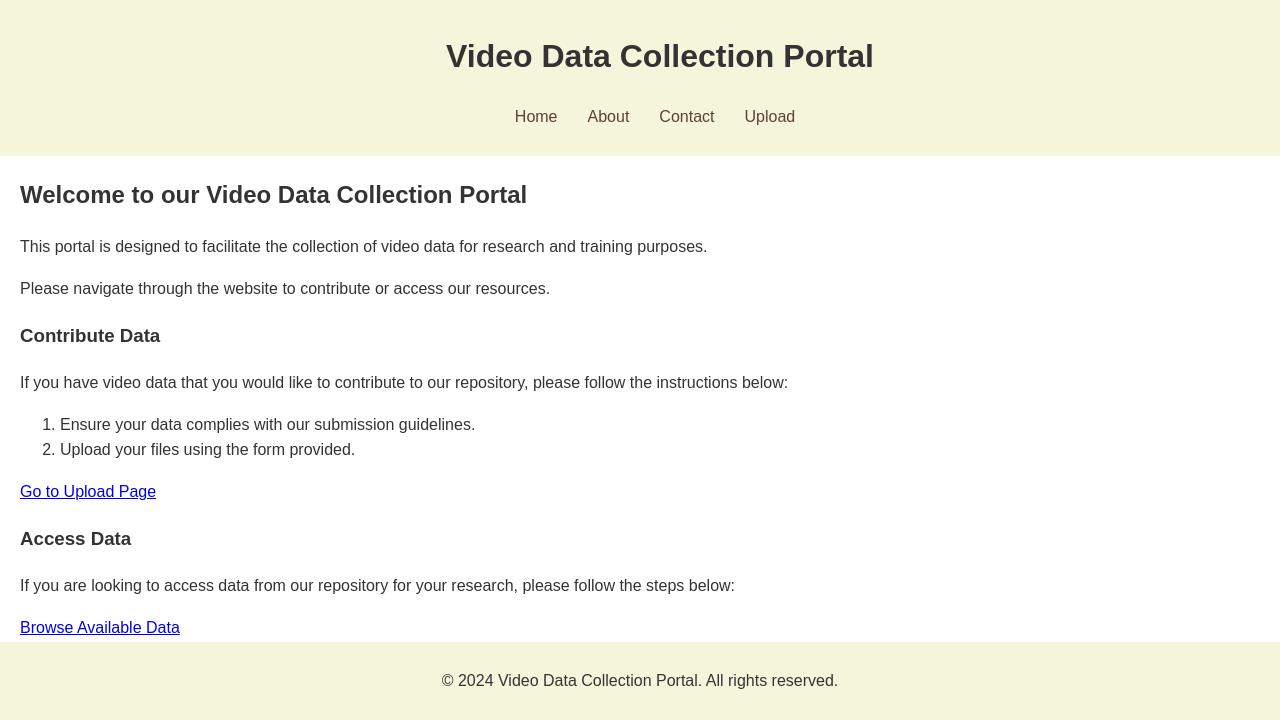
Repository: Oren93/sign_lang_data
Page: / (app in frontend/sign-lang-ui/)
The author's editor kept a copy of each file at every save. The page is drawn from the files as they stood at one save, then again after the next save.
The browser window is 1280 px wide. The pictures show the whole page.
The project was rebuilt for these pictures with package versions that can differ from the ones it lists, and the page was loaded fresh each time. Also part of the build but not shown: frontend/sign-lang-ui/vite.config.ts, frontend/sign-lang-ui/src/pages/About.tsx, frontend/sign-lang-ui/src/pages/Contact.tsx, frontend/sign-lang-ui/src/pages/Upload.tsx.

Above is the page before, as saved 2024-06-09 23:03:36.

After the next save:
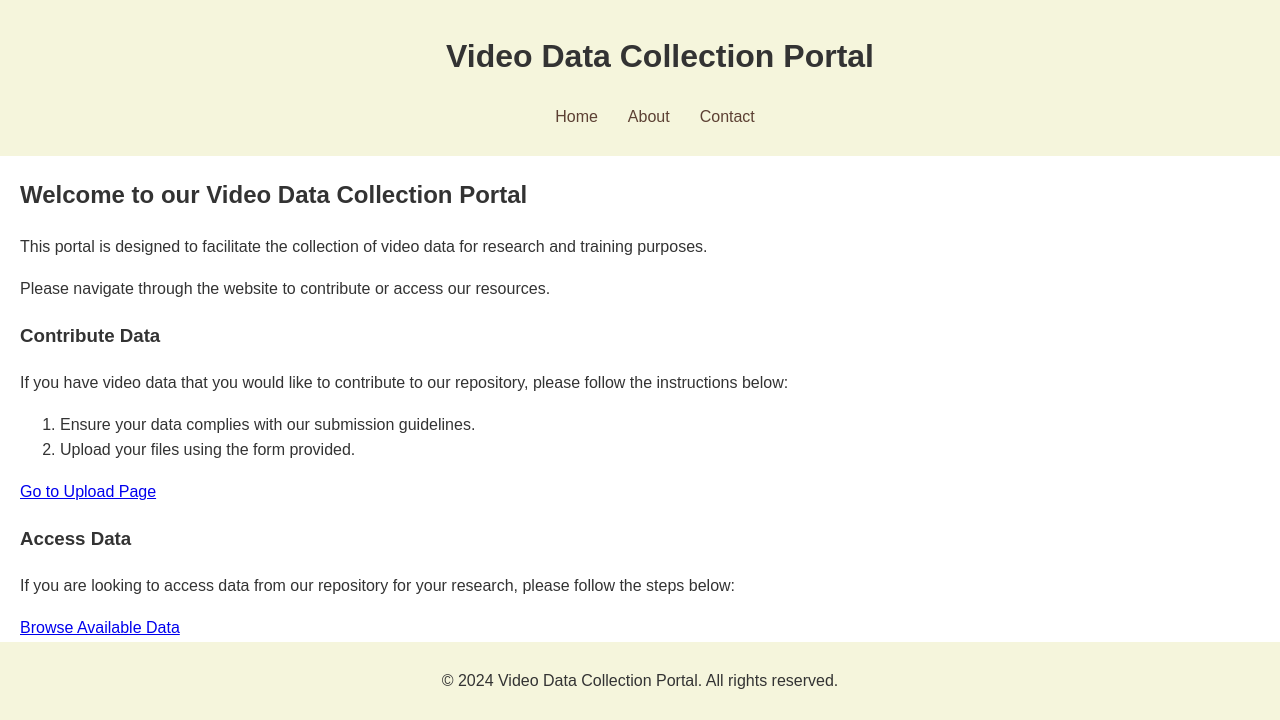
Saved 35 s later.
--- a/frontend/sign-lang-ui/src/components/Header.tsx
+++ b/frontend/sign-lang-ui/src/components/Header.tsx
@@ -11,7 +11,7 @@ const Header: React.FC = () => {
           <li><Link to="/">Home</Link></li>
           <li><Link to="/about">About</Link></li>
           <li><Link to="/contact">Contact</Link></li>
-          <li><Link to="/upload">Upload</Link></li>
+          {/* Remove the upload link */}
         </ul>
       </nav>
     </header>
